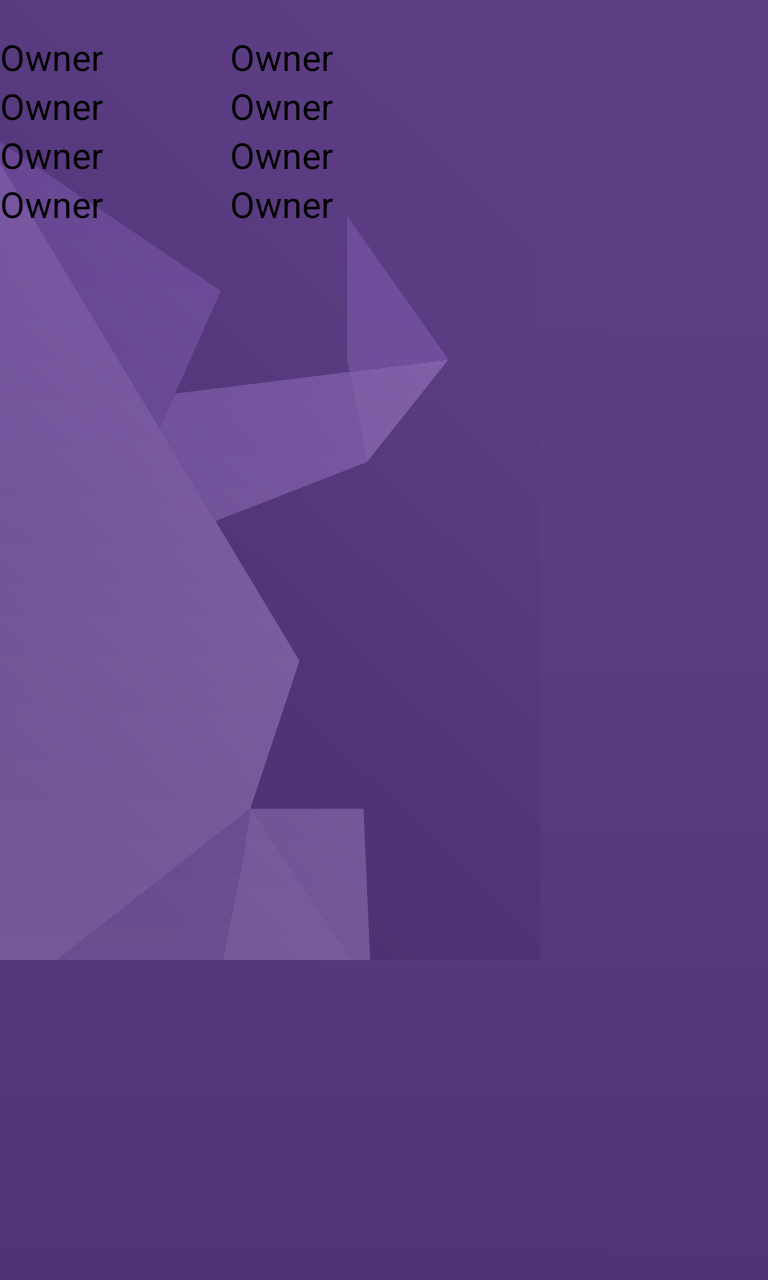
Repository: walteranyika/personal
Layout: PikiPiki/res/layout/activity_details.xml
An editor plug-in stored every save of this project. The layout is shown before and after the next save, followed by the edit.
It is drawn on a 768 x 1280 px phone screen (xhdpi) without system bars, with theme AppTheme; the app's code is not run.

Above is the layout before, as saved 2015-11-06 07:24:56.

### PikiPiki/res/layout/activity_details.xml
<RelativeLayout xmlns:android="http://schemas.android.com/apk/res/android"
    xmlns:tools="http://schemas.android.com/tools"
    android:layout_width="match_parent"
    android:layout_height="match_parent"
    tools:context=".DetailsActivity"
    android:background="@drawable/background_fill" >

    <ImageView
        android:id="@+id/imageView1"
        android:layout_width="wrap_content"
        android:layout_height="match_parent"
        android:layout_alignParentLeft="true"
        android:layout_alignParentTop="true"
        android:scaleType="fitStart"
        android:contentDescription="@string/background_image"
        android:src="@drawable/background" />
    <LinearLayout
        android:id="@+id/linearLayout1"
        android:layout_width="fill_parent"
        android:layout_height="wrap_content"
        android:layout_marginTop="16dp" >

        <TextView
            android:id="@+id/textView2"
            android:layout_width="0dp"
            android:layout_weight="0.3"
            android:layout_height="wrap_content"
            android:text="@string/owner"
            android:textAppearance="?android:attr/textAppearanceMedium" />

        <TextView
            android:id="@+id/textViewOwnerName"
            android:layout_width="0dp"
            android:layout_height="wrap_content"
            android:layout_weight="0.7"
            android:text="@string/owner"
            android:textAppearance="?android:attr/textAppearanceMedium" />
    </LinearLayout>

    <LinearLayout
        android:id="@+id/LinearLayout01"
        android:layout_width="fill_parent"
        android:layout_height="wrap_content"
        android:layout_alignParentLeft="true"
        android:layout_below="@+id/linearLayout1" >

        <TextView
            android:id="@+id/TextView01"
            android:layout_width="0dp"
            android:layout_height="wrap_content"
            android:layout_weight="0.3"
            android:text="@string/owner"
            android:textAppearance="?android:attr/textAppearanceMedium" />

        <TextView
            android:id="@+id/TextView02"
            android:layout_width="0dp"
            android:layout_height="wrap_content"
            android:layout_weight="0.7"
            android:text="@string/owner"
            android:textAppearance="?android:attr/textAppearanceMedium" />
    </LinearLayout>

    <LinearLayout
        android:id="@+id/LinearLayout02"
        android:layout_width="fill_parent"
        android:layout_height="wrap_content"
        android:layout_alignParentLeft="true"
        android:layout_below="@+id/LinearLayout01" >

        <TextView
            android:id="@+id/TextView03"
            android:layout_width="0dp"
            android:layout_height="wrap_content"
            android:layout_weight="0.3"
            android:text="@string/owner"
            android:textAppearance="?android:attr/textAppearanceMedium" />

        <TextView
            android:id="@+id/TextView04"
            android:layout_width="0dp"
            android:layout_height="wrap_content"
            android:layout_weight="0.7"
            android:text="@string/owner"
            android:textAppearance="?android:attr/textAppearanceMedium" />
    </LinearLayout>

    <LinearLayout
        android:id="@+id/LinearLayout03"
        android:layout_width="fill_parent"
        android:layout_height="wrap_content"
        android:layout_alignParentLeft="true"
        android:layout_below="@+id/LinearLayout02" >

        <TextView
            android:id="@+id/TextView05"
            android:layout_width="0dp"
            android:layout_height="wrap_content"
            android:layout_weight="0.3"
            android:text="@string/owner"
            android:textAppearance="?android:attr/textAppearanceMedium" />

        <TextView
            android:id="@+id/TextView06"
            android:layout_width="0dp"
            android:layout_height="wrap_content"
            android:layout_weight="0.7"
            android:text="@string/owner"
            android:textAppearance="?android:attr/textAppearanceMedium" />
    </LinearLayout>

</RelativeLayout>

### PikiPiki/res/values/themes_apptheme.xml
<?xml version="1.0" encoding="utf-8"?>

<!-- Generated with http://android-holo-colors.com -->
<resources xmlns:android="http://schemas.android.com/apk/res/android">

  <style name="AppTheme" parent="@style/_AppTheme"/>

  <style name="_AppTheme" parent="android:Theme.Holo.Light">

    <item name="android:editTextBackground">@drawable/apptheme_edit_text_holo_light</item>

    <item name="android:buttonStyle">@style/ButtonAppTheme</item>

    <item name="android:imageButtonStyle">@style/ImageButtonAppTheme</item>

  </style>

</resources>

### PikiPiki/res/values/styles_apptheme.xml
<?xml version="1.0" encoding="utf-8"?>

<!-- Generated with http://android-holo-colors.com -->
<resources xmlns:android="http://schemas.android.com/apk/res/android">

  <style name="ButtonAppTheme" parent="android:Widget.Holo.Light.Button">
	  <item name="android:background">@drawable/apptheme_btn_default_holo_light</item>
  </style>

  <style name="ImageButtonAppTheme" parent="android:Widget.Holo.Light.ImageButton">
	  <item name="android:background">@drawable/apptheme_btn_default_holo_light</item>
  </style>

</resources>

### PikiPiki/res/drawable/apptheme_btn_default_holo_light.xml
<?xml version="1.0" encoding="utf-8"?>

<selector xmlns:android="http://schemas.android.com/apk/res/android">
    <item android:state_window_focused="false" android:state_enabled="true"
        android:drawable="@drawable/apptheme_btn_default_normal_holo_light" />
    <item android:state_window_focused="false" android:state_enabled="false"
        android:drawable="@drawable/apptheme_btn_default_disabled_holo_light" />
    <item android:state_pressed="true"
        android:drawable="@drawable/apptheme_btn_default_pressed_holo_light" />
    <item android:state_focused="true" android:state_enabled="true"
        android:drawable="@drawable/apptheme_btn_default_focused_holo_light" />
    <item android:state_enabled="true"
        android:drawable="@drawable/apptheme_btn_default_normal_holo_light" />
    <item android:state_focused="true"
        android:drawable="@drawable/apptheme_btn_default_disabled_focused_holo_light" />
    <item
         android:drawable="@drawable/apptheme_btn_default_disabled_holo_light" />
</selector>

### PikiPiki/res/values/strings.xml
<?xml version="1.0" encoding="utf-8"?>
<resources>

    <string name="app_name">PikiPiki</string>
    <string name="action_settings">Settings</string>
    <string name="motorbike">Motor Bike</string>
    <string name="sync">Sync</string>
    <string name="phone">Phone</string>
    <string name="_0734567843">Phone</string>
    <string name="area">Area</string>
    <string name="reg_date">Reg Date</string>
    <string name="driver_id">Driver Id</string>
    <string name="driver">Driver</string>
    <string name="owner">Owner</string>
    <string name="owner_id">Owner Id</string>
    <string name="search">Search</string>
    <string name="bike_reg_number">Bike Reg Number</string>
    <string name="back_ground_image">Back Ground Image</string>
    <string name="title_activity_details">DetailsActivity</string>
    <string name="hello_world">Hello world!</string>
    <string name="background_image">Background Image</string>
    <string name="empty_string"></string>

</resources>

Loaded but not shown: PikiPiki/res/values/styles.xml (common file); PikiPiki/res/drawable/apptheme_edit_text_holo_light.xml (common file); PikiPiki/res/values-v11/styles.xml (common file); PikiPiki/res/values-v14/styles.xml (common file)

After the next save:
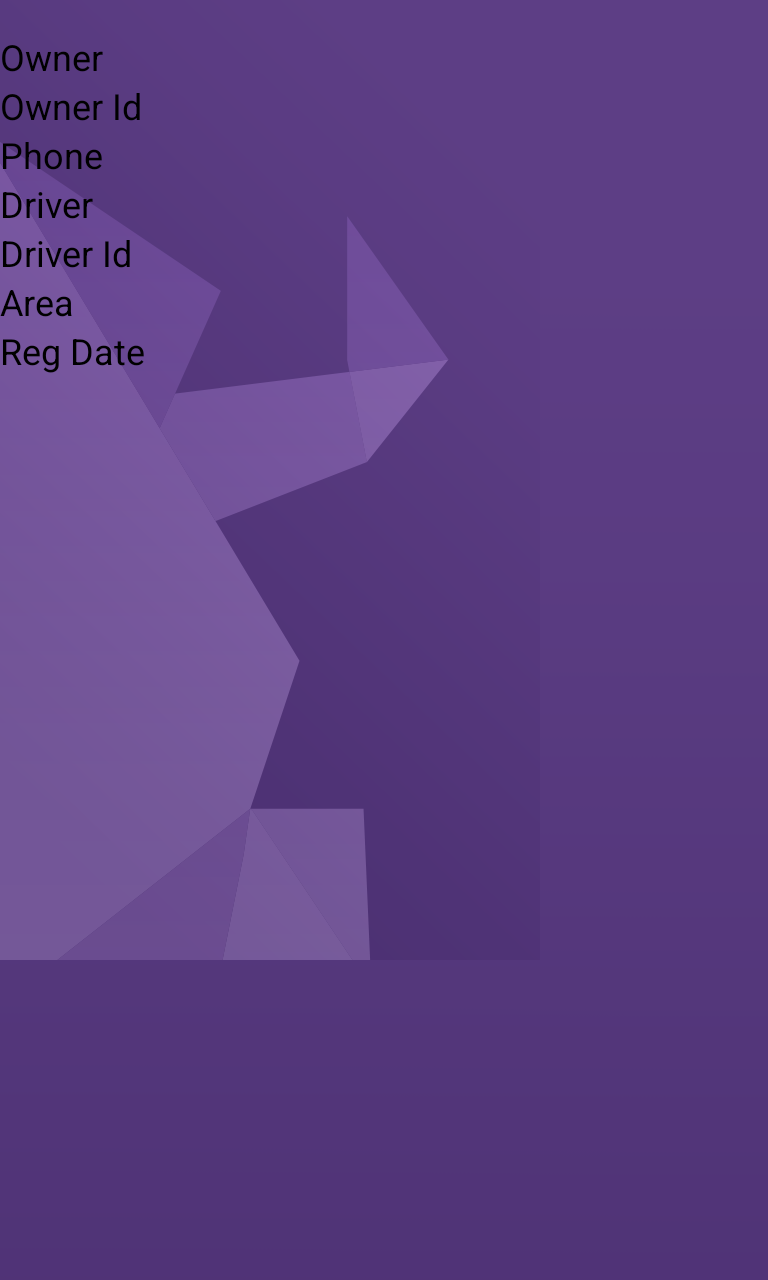
Saved 52 s later.
--- a/PikiPiki/res/layout/activity_details.xml
+++ b/PikiPiki/res/layout/activity_details.xml
@@ -29,11 +29,11 @@
             android:textAppearance="?android:attr/textAppearanceMedium" />
 
         <TextView
-            android:id="@+id/textViewOwnerName"
+            android:id="@+id/tvOwnerName"
             android:layout_width="0dp"
             android:layout_height="wrap_content"
             android:layout_weight="0.7"
-            android:text="@string/owner"
+            android:text="@string/empty_string"
             android:textAppearance="?android:attr/textAppearanceMedium" />
     </LinearLayout>
 
@@ -49,15 +49,15 @@
             android:layout_width="0dp"
             android:layout_height="wrap_content"
             android:layout_weight="0.3"
-            android:text="@string/owner"
+            android:text="@string/owner_id"
             android:textAppearance="?android:attr/textAppearanceMedium" />
 
         <TextView
-            android:id="@+id/TextView02"
+            android:id="@+id/tvOwnerId"
             android:layout_width="0dp"
             android:layout_height="wrap_content"
             android:layout_weight="0.7"
-            android:text="@string/owner"
+            android:text="@string/empty_string"
             android:textAppearance="?android:attr/textAppearanceMedium" />
     </LinearLayout>
 
@@ -73,15 +73,15 @@
             android:layout_width="0dp"
             android:layout_height="wrap_content"
             android:layout_weight="0.3"
-            android:text="@string/owner"
+            android:text="@string/phone"
             android:textAppearance="?android:attr/textAppearanceMedium" />
 
         <TextView
-            android:id="@+id/TextView04"
+            android:id="@+id/tvPhone"
             android:layout_width="0dp"
             android:layout_height="wrap_content"
             android:layout_weight="0.7"
-            android:text="@string/owner"
+            android:text="@string/empty_string"
             android:textAppearance="?android:attr/textAppearanceMedium" />
     </LinearLayout>
 
@@ -97,15 +97,87 @@
             android:layout_width="0dp"
             android:layout_height="wrap_content"
             android:layout_weight="0.3"
-            android:text="@string/owner"
+            android:text="@string/driver"
             android:textAppearance="?android:attr/textAppearanceMedium" />
 
         <TextView
-            android:id="@+id/TextView06"
+            android:id="@+id/tvDriverName"
             android:layout_width="0dp"
             android:layout_height="wrap_content"
             android:layout_weight="0.7"
-            android:text="@string/owner"
+            android:text="@string/empty_string"
+            android:textAppearance="?android:attr/textAppearanceMedium" />
+    </LinearLayout>
+
+    <LinearLayout
+        android:id="@+id/LinearLayout04"
+        android:layout_width="fill_parent"
+        android:layout_height="wrap_content"
+        android:layout_alignParentLeft="true"
+        android:layout_below="@+id/LinearLayout03" >
+
+        <TextView
+            android:id="@+id/TextView07"
+            android:layout_width="0dp"
+            android:layout_height="wrap_content"
+            android:layout_weight="0.3"
+            android:text="@string/driver_id"
+            android:textAppearance="?android:attr/textAppearanceMedium" />
+
+        <TextView
+            android:id="@+id/tvDriverId"
+            android:layout_width="0dp"
+            android:layout_height="wrap_content"
+            android:layout_weight="0.7"
+            android:text="@string/empty_string"
+            android:textAppearance="?android:attr/textAppearanceMedium" />
+    </LinearLayout>
+
+    <LinearLayout
+        android:id="@+id/LinearLayout05"
+        android:layout_width="fill_parent"
+        android:layout_height="wrap_content"
+        android:layout_alignParentLeft="true"
+        android:layout_below="@+id/LinearLayout04" >
+
+        <TextView
+            android:id="@+id/TextView09"
+            android:layout_width="0dp"
+            android:layout_height="wrap_content"
+            android:layout_weight="0.3"
+            android:text="@string/area"
+            android:textAppearance="?android:attr/textAppearanceMedium" />
+
+        <TextView
+            android:id="@+id/tvAreaOperation"
+            android:layout_width="0dp"
+            android:layout_height="wrap_content"
+            android:layout_weight="0.7"
+            android:text="@string/empty_string"
+            android:textAppearance="?android:attr/textAppearanceMedium" />
+    </LinearLayout>
+
+    <LinearLayout
+        android:id="@+id/LinearLayout06"
+        android:layout_width="fill_parent"
+        android:layout_height="wrap_content"
+        android:layout_alignParentLeft="true"
+        android:layout_below="@+id/LinearLayout05" >
+
+        <TextView
+            android:id="@+id/TextView11"
+            android:layout_width="0dp"
+            android:layout_height="wrap_content"
+            android:layout_weight="0.3"
+            android:text="@string/reg_date"
+            android:textAppearance="?android:attr/textAppearanceMedium" />
+
+        <TextView
+            android:id="@+id/tvDate"
+            android:layout_width="0dp"
+            android:layout_height="wrap_content"
+            android:layout_weight="0.7"
+            android:text="@string/empty_string"
             android:textAppearance="?android:attr/textAppearanceMedium" />
     </LinearLayout>
 
